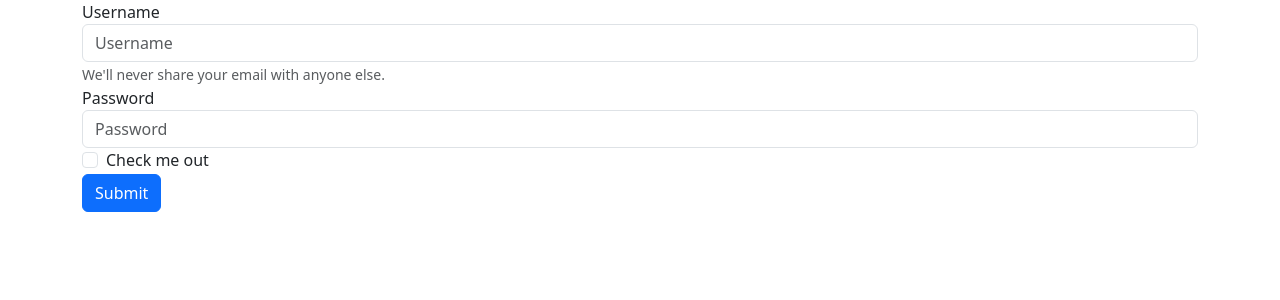
Repository: vnmk1/jsp_servlet-tutorials
Page: http://localhost/Bai6_BaiTapJSP3/login.jsp
These files come from the project's save history. The page is drawn as it stood at one moment and after the next save; the edit follows.
The browser window is 1280 px wide. The pictures show the whole page.
The page is served by Tomcat 9.

Above is the page before, as saved 2023-07-19 07:50:29.

After the next save:
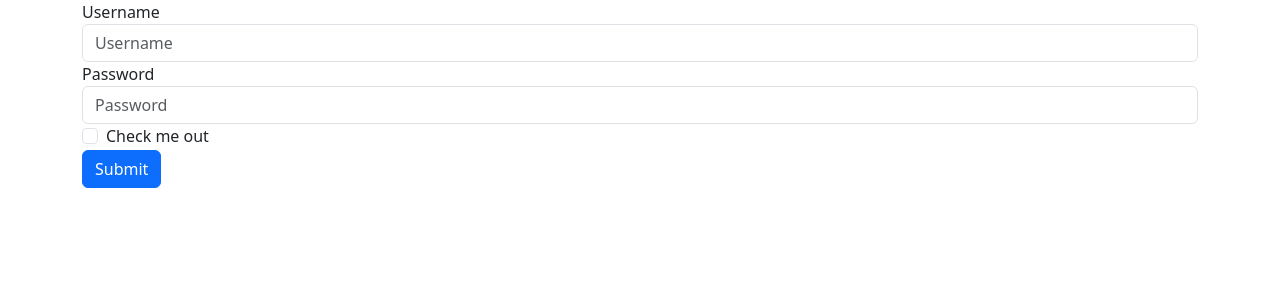
Saved 22 s later.
--- a/Bai6_BaiTapJSP3/src/main/webapp/login.jsp
+++ b/Bai6_BaiTapJSP3/src/main/webapp/login.jsp
@@ -24,9 +24,7 @@
 		<form>
 			<div class="form-group">
 				<label for="username">Username</label> <input type="text"
-					class="form-control" id="username" name="username" placeholder="Username"> <small
-					id="emailHelp" class="form-text text-muted">We'll never
-					share your email with anyone else.</small>
+					class="form-control" id="username" name="username" placeholder="Username">
 			</div>
 			<div class="form-group">
 				<label for="exampleInputPassword1">Password</label> <input
